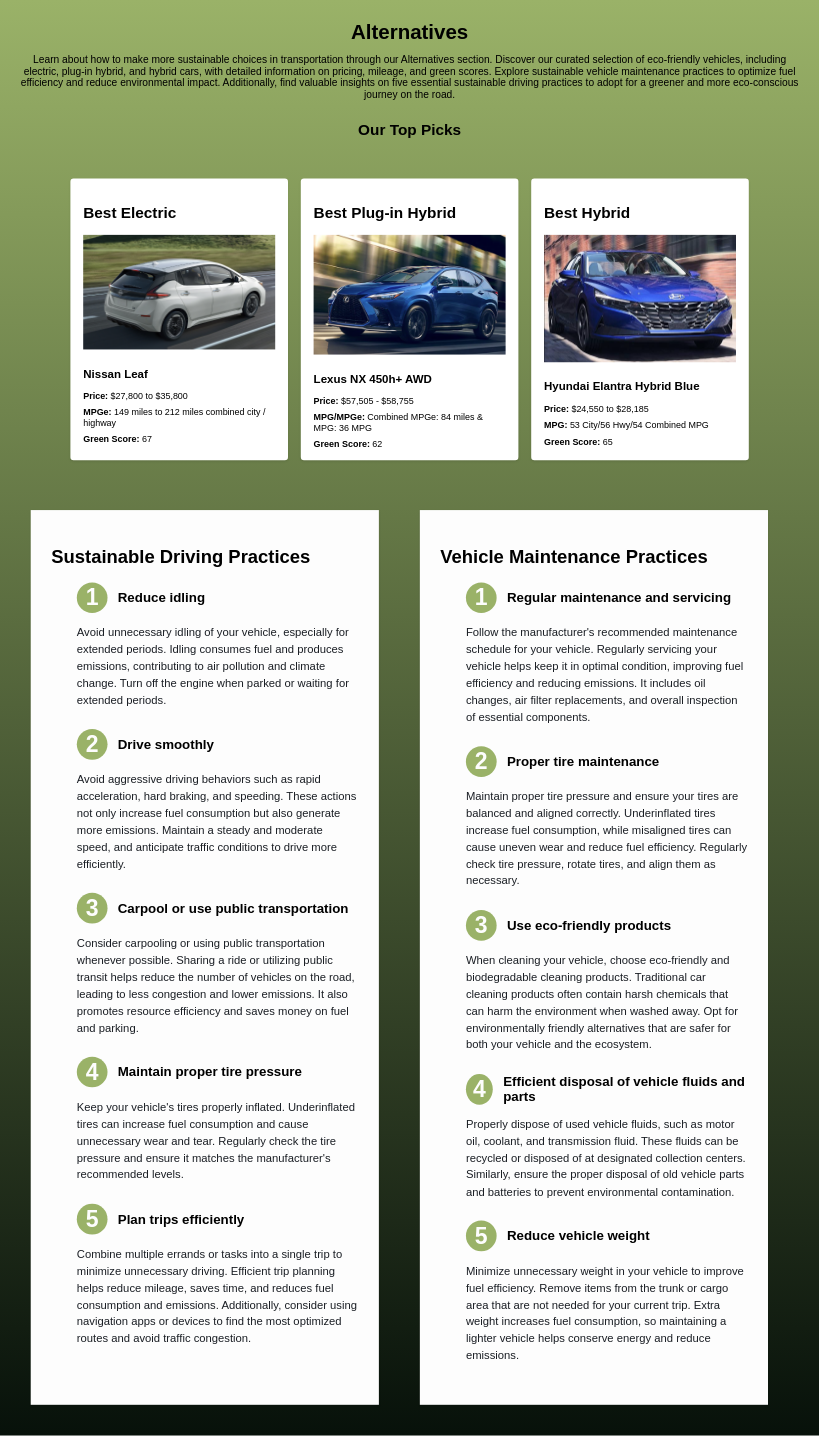
Repository: ericvpineda/eco_car_recognition
Page: http://localhost/alternatives/
These files come from the project's save history. The page is drawn as it stood at one moment and after the next save; the edit follows.
The browser window is 1280 px wide. The pictures show the whole page, at 64% of full size.
The page is served by the project's application, run on Django 4.2 (manage.py). Other server files are loaded and not shown.

Above is the page before, as saved 2023-04-29 16:17:16.

### project/templates/alternatives.html
<!DOCTYPE html>
<html lang="en">
<head>
  <meta charset="UTF-8">
  <meta name="viewport" content="width=device-width, initial-scale=1.0">
  <title>Alternatives Page</title>
  <link rel="stylesheet" href="../static/css/alternatives.css">
</head>
<body>
  <div class="header">
    <h1>Alternatives</h1>
  <p>Learn about how to make more sustainable choices in transportation through our Alternatives section. Discover our curated selection of eco-friendly vehicles, including electric, plug-in hybrid, and hybrid cars, with detailed information on pricing, mileage, and green scores. Explore sustainable vehicle maintenance practices to optimize fuel efficiency and reduce environmental impact. Additionally, find valuable insights on five essential sustainable driving practices to adopt for a greener and more eco-conscious journey on the road.</p>
    <h2>Our Top Picks</h2>
  </div>
    <div class="featured-cars">
      <div class="car-tile">
        <h2>Best Electric</h2>
        <img src="NissanLeaf.png" alt="Nissan Leaf">
        <h3>Nissan Leaf</h3>
        <p><b>Price:</b> $27,800 to $35,800</p>
        <p><b>MPGe:</b> 149 miles to 212 miles combined city / highway</p>
        <p><b>Green Score:</b> 67</p>
      </div>
      <div class="car-tile">
        <h2>Best Plug-in Hybrid</h2>
        <img src="Lexus.png" alt="LEXUS NX 450h+ AWD">
        <h3>Lexus NX 450h+ AWD</h3>
        <p><b>Price:</b> $57,505 - $58,755</p>
        <p><b>MPG/MPGe:</b> Combined MPGe: 84 miles & MPG: 36 MPG</p>
        <p><b>Green Score:</b> 62</p>
      </div>
      <div class="car-tile">
        <h2>Best Hybrid</h2>
        <img src="HyndaiElantra.png" alt="Hyundai Elantra Hybrid Blue">
        <h3>Hyundai Elantra Hybrid Blue</h3>
        <p><b>Price:</b> $24,550 to $28,185</p>
        <p><b>MPG:</b> 53 City/56 Hwy/54 Combined MPG</p>
        <p><b>Green Score:</b> 65</p>
      </div>
    </div>

  <div class="container">
    <div class="driving-practices">
      <h2>Sustainable Driving Practices</h2>
      <ul>
        <li>
          <h3>Reduce idling</h3>
          <p>Avoid unnecessary idling of your vehicle, especially for extended periods. Idling consumes fuel and produces emissions, contributing to air pollution and climate change. Turn off the engine when parked or waiting for extended periods.</p>
        </li>
        <li>
          <h3>Drive smoothly</h3>
          <p>Avoid aggressive driving behaviors such as rapid acceleration, hard braking, and speeding. These actions not only increase fuel consumption but also generate more emissions. Maintain a steady and moderate speed, and anticipate traffic conditions to drive more efficiently.</p>
        </li>
        <li>
          <h3>Carpool or use public transportation</h3>
          <p>Consider carpooling or using public transportation whenever possible. Sharing a ride or utilizing public transit helps reduce the number of vehicles on the road, leading to less congestion and lower emissions. It also promotes resource efficiency and saves money on fuel and parking.</p>
        </li>
        <li>
          <h3>Maintain proper tire pressure</h3>
          <p>Keep your vehicle's tires properly inflated. Underinflated tires can increase fuel consumption and cause unnecessary wear and tear. Regularly check the tire pressure and ensure it matches the manufacturer's recommended levels.</p>
        </li>
        <li>
          <h3>Plan trips efficiently</h3>
          <p>Combine multiple errands or tasks into a single trip to minimize unnecessary driving. Efficient trip planning helps reduce mileage, saves time, and reduces fuel consumption and emissions. Additionally, consider using navigation apps or devices to find the most optimized routes and avoid traffic congestion.</p>
        </li>
      </ul>
    </div>
    <div class="maintenance-practices">
      <h2>Vehicle Maintenance Practices</h2>
      <ul>
        <li>
          <h3>Regular maintenance and servicing</h3>
          <p>Follow the manufacturer's recommended maintenance schedule for your vehicle. Regularly servicing your vehicle helps keep it in optimal condition, improving fuel efficiency and reducing emissions. It includes oil changes, air filter replacements, and overall inspection of essential components.</p>
        </li>
        <li>
          <h3>Proper tire maintenance</h3>
          <p>Maintain proper tire pressure and ensure your tires are balanced and aligned correctly. Underinflated tires increase fuel consumption, while misaligned tires can cause uneven wear and reduce fuel efficiency. Regularly check tire pressure, rotate tires, and align them as necessary.</p>
        </li>
        <li>
          <h3>Use eco-friendly products</h3>
          <p>When cleaning your vehicle, choose eco-friendly and biodegradable cleaning products. Traditional car cleaning products often contain harsh chemicals that can harm the environment when washed away. Opt for environmentally friendly alternatives that are safer for both your vehicle and the ecosystem.</p>
        </li>
        <li>
          <h3>Efficient disposal of vehicle fluids and parts</h3>
          <p>Properly dispose of used vehicle fluids, such as motor oil, coolant, and transmission fluid. These fluids can be recycled or disposed of at designated collection centers. Similarly, ensure the proper disposal of old vehicle parts and batteries to prevent environmental contamination.</p>
        </li>
        <li>
          <h3>Reduce vehicle weight</h3>
          <p>Minimize unnecessary weight in your vehicle to improve fuel efficiency. Remove items from the trunk or cargo area that are not needed for your current trip. Extra weight increases fuel consumption, so maintaining a lighter vehicle helps conserve energy and reduce emissions.</p>
        </li>
      </ul>
      </div>

</body>
</html>

### project/views.py
from django.shortcuts import render
from django.http import HttpResponse

# Create your views here.

# Page for starting point for website
def home(request):

    # TODO: Remove and render home page
    return render(request, 'home.html')

# Page for starting point for website
def alternatives(request):

    # TODO: Remove and render home page
    return render(request, 'alternatives.html')

# Page that contains car recognition application
def index(request):

    # TODO: Remove and render index page
    return HttpResponse("Index page")

# Page that shows results of car recognition and clean car information
def show(request, id):

    # TODO: Remove and render show page
    return HttpResponse("Show page")

### configuration/urls.py
"""
URL configuration for configuration project.

The `urlpatterns` list routes URLs to views. For more information please see:
    https://docs.djangoproject.com/en/4.2/topics/http/urls/
Examples:
Function views
    1. Add an import:  from my_app import views
    2. Add a URL to urlpatterns:  path('', views.home, name='home')
Class-based views
    1. Add an import:  from other_app.views import Home
    2. Add a URL to urlpatterns:  path('', Home.as_view(), name='home')
Including another URLconf
    1. Import the include() function: from django.urls import include, path
    2. Add a URL to urlpatterns:  path('blog/', include('blog.urls'))
"""
# from django.contrib import admin
from django.urls import path, include
from django.contrib import admin
from django.conf.urls.static import static
from django.conf import settings

urlpatterns = [
    path('admin/', admin.site.urls),
    path('', include('project.urls')),
]

# Serve static files
urlpatterns += static(settings.MEDIA_URL, document_root=settings.MEDIA_ROOT)

### project/urls.py
from django.urls import path
from . import views
# URL Configuration
urlpatterns = [
    path('', views.home, name="home"),
    path('index/', views.index, name="index"),
    path('show/<int:id>', views.show, name="show"),
    path('alternatives/', views.alternatives, name="alternatives")
]

### project/static/css/alternatives.css
body {
    margin: 0;
    padding: 0;
    font-family: Arial, sans-serif;
    background: linear-gradient(180deg, #9AB268 0%, #07110A 100%);
  }

  .header {
    text-align: center;
    margin: 2rem;
  }

  .header h1 {
    margin-bottom: 1rem;
  }

  .header p {
    margin-bottom: 2rem;
  }

  .header p {
    margin-bottom: none !important;
  }


  .featured-cars {
    display: flex;
    flex-wrap: wrap;
    justify-content: center;
    align-items: center;
    padding: 20px;
  }

  .car-tile {
    width: 300px;
    height: 400px;
    margin: 10px;
    padding: 20px;
    background-color: white;
    border-radius: 5px;
    box-shadow: 0 2px 4px rgba(0, 0, 0, 0.1);
    display: flex;
    flex-direction: column;
    justify-content: space-between;
  }

  .car-tile img {
    width: 100%;
    height: 200px;
    object-fit: cover;
    margin-bottom: 10px;
  }

  .car-tile h3 {
    font-size: 18px;
    margin-bottom: 10px;
  }

  .car-tile p {
    font-size: 14px;
    margin: 5px 0;
  }

  :root {
    --bg: #fdfdfd;
    --highlight1: #9AB268;
    --highlight2: #FFEDBC;
    --color: #1a1e24;
    --font-number: Montserrat, Roboto, Helvetica, Arial, sans-serif;
    --font-head: "Space Mono", Consolas, Menlo, Monaco, "Courier New", monospace;
    --font: -apple-system, BlinkMacSystemFont, "Segoe UI", Roboto, Helvetica, Arial, sans-serif, "Apple Color Emoji", "Segoe UI Emoji", "Segoe UI Symbol";
  }

  .container {
    display: flex;
    justify-content: center;
    align-items: stretch; /* Adjusted to make columns the same height */
    gap: 2rem;
    margin: 2rem;
  }

  .driving-practices,
  .maintenance-practices {
    flex: 1; /* Adjusted to allow columns to grow equally */
    background-color: var(--bg);
    padding: 2rem;
    box-shadow: 0 2px 4px rgba(0, 0, 0, 0.1);
    margin: 1rem;
  }

  .container h2 {
    font-size: 1.8rem;
    margin-bottom: 1.5rem;
  }

  .container h3 {
    display: flex;
    align-items: center;
    font-size: 1.3rem;
    margin-bottom: 0.5rem;
  }

  .container h3::before {
    content: counter(list);
    font-weight: bold;
    font-size: 2.25rem;
    line-height: 1;
    width: 3rem;
    height: 3rem;
    background: var(--highlight1);
    color: var(--bg);
    border-radius: 50%;
    display: flex;
    align-items: center;
    justify-content: center;
    margin-right: 1rem;
  }

  .container p {
    font-size: 1.1rem;
    line-height: 1.5;
    color: var(--color);
  }

  .container ol {
    padding-left: 1.5rem;
  }

  .container li {
    counter-increment: list;
    margin-bottom: 2rem;
    list-style-type: none
  }

  .container:after {
    content: "";
    display: table;
    clear: both;
  }

  /* Optional: Responsive styling for smaller screens */
  @media (max-width: 768px) {
    .container {
      flex-wrap: wrap;
    }

    .driving-practices,
    .maintenance-practices {
      width: 100%;
      margin-bottom: 2rem;
    }
  }

After the next save:
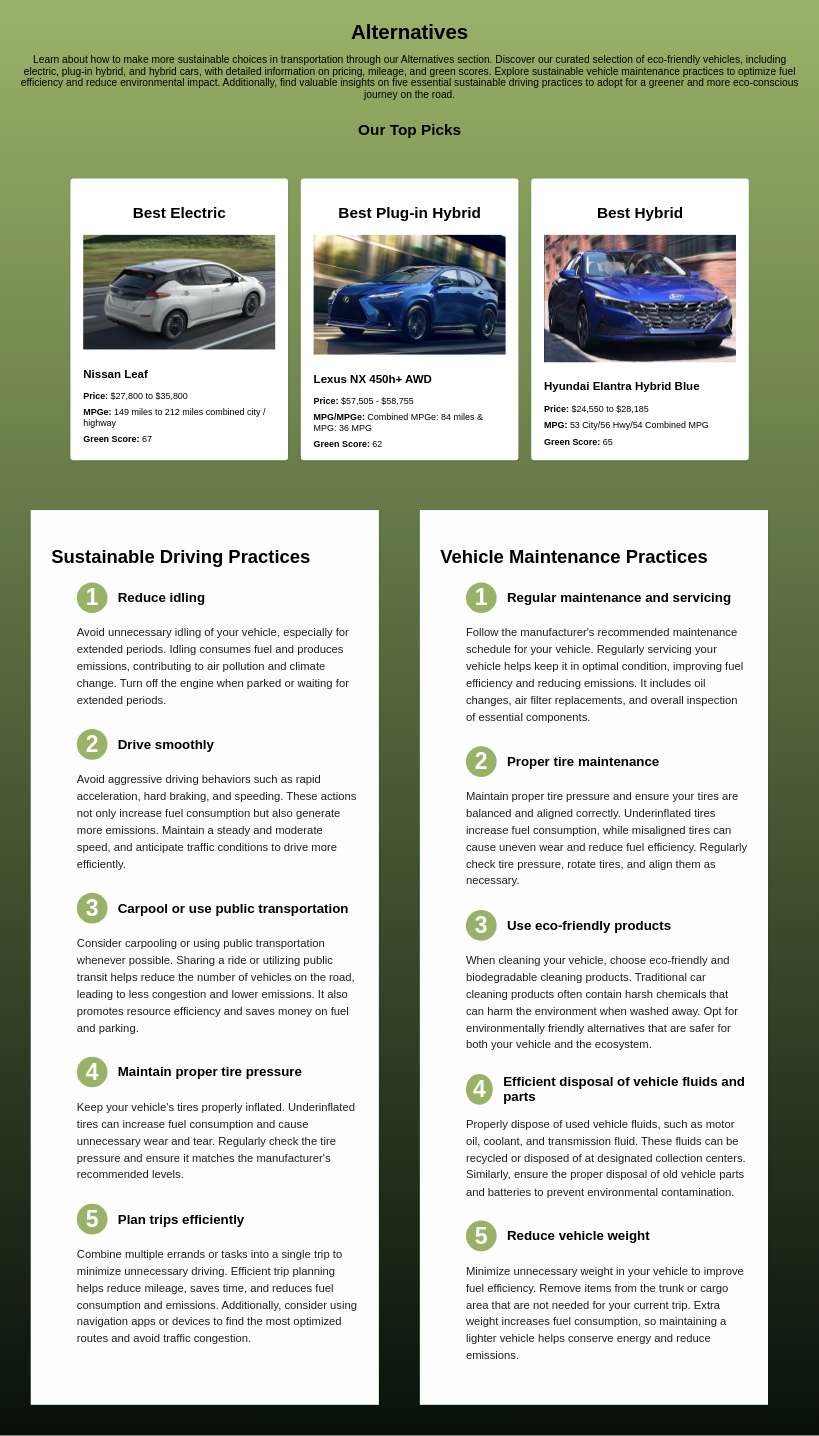
Saved 87 s later.
--- a/project/static/css/alternatives.css
+++ b/project/static/css/alternatives.css
@@ -54,6 +54,10 @@
   .car-tile h3 {
     font-size: 18px;
     margin-bottom: 10px;
+  }
+
+  .car-tile h2 {
+    text-align: center;
   }
 
   .car-tile p {
